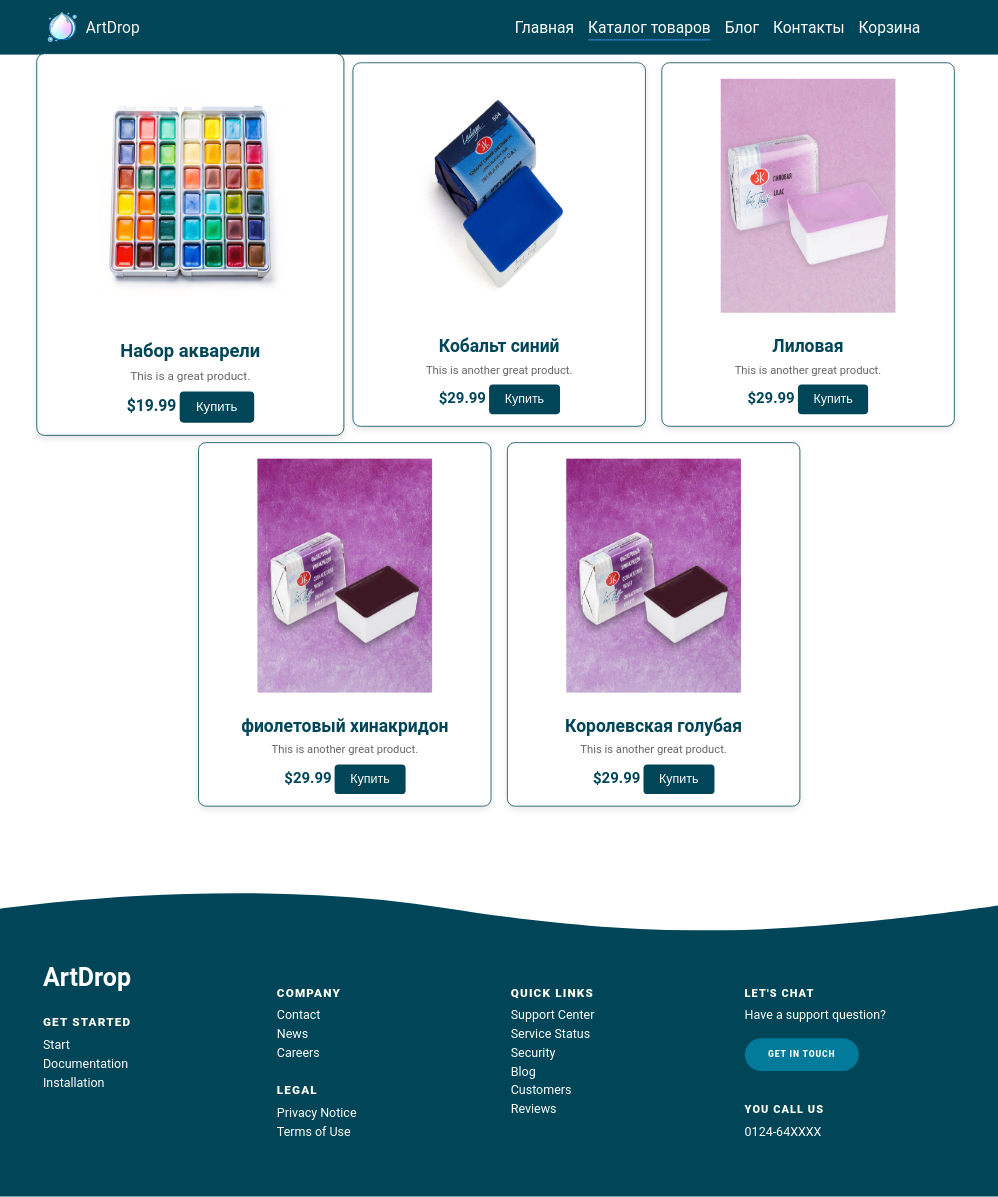
Repository: mnats725/art-drop
Page: catalog.html
An editor plug-in stored every save of this project. The page is shown before and after a run of saves, followed by the edit.
The browser window is 1280 px wide. The pictures show the whole page, at 78% of full size.
The pointer rests on the first visible `.product-card`.

Above is the page before, as saved 2024-05-21 13:27:47.
Console error: TypeError: Cannot read properties of null (reading 'querySelectorAll')

### catalog.html
<!DOCTYPE html>
<html lang="en">
<head>
    <meta charset="UTF-8">
    <meta http-equiv="X-UA-Compatible" content="IE=edge">
    <meta name="viewport" content="width=device-width, initial-scale=1.0">
    <title>ArtDrop</title>
    <link rel="stylesheet" href="../css/style.css">
    <link rel="stylesheet" href="./css/catalog.css">
    <link href="https://fonts.googleapis.com/css2?family=Montserrat:wght@400;700&display=swap" rel="stylesheet">
</head>
<body>
    <div class="wrapper">
        <header class="header">
            <!-- Шапка -->
            <div class="logo">
                <a href="index.html">
                    <img src="./assets/img/logo.svg" alt="ArtDrop Logo">
                    <span>ArtDrop</span>
                </a>
            </div>
            <!-- Меню сайта -->
            <nav class="nav">
              <ul>
                  <li><a href="index.html">Главная</a></li>
                  <li class="active"><a href="catalog.html">Каталог товаров</a></li>
                  <li><a href="blog.html">Блог</a></li>
                  <li><a href="contacts.html">Контакты</a></li>
                  <li><a href="cart.html">Корзина</a></li>
              </ul>
          </nav>


            <!-- Иконка бургерменю -->
            <div class="burger">
                <span></span>
            </div>
        </header>
    </div>

    <div class="catalog-content">
      <div class="product-card">
          <img src="./assets/img/catalog/1.jpg" alt="Набор акварел" class="product-image">
          <div class="product-info">
              <h3 class="product-title">Набор акварели</h3>
              <p class="product-description">This is a great product.</p>
              <span class="product-price">$19.99</span>
              <button class="buy-button">Купить</button>
          </div>
      </div>
      <div class="product-card">
          <img src="./assets/img/catalog/2.jpg" alt="Кобальт синий<" class="product-image">
          <div class="product-info">
              <h3 class="product-title">Кобальт синий</h3>
              <p class="product-description">This is another great product.</p>
              <span class="product-price">$29.99</span>
              <button class="buy-button">Купить</button>
          </div>
      </div>
      <div class="product-card">
        <img src="./assets/img/catalog/3.jpg" alt="Лиловая" class="product-image">
        <div class="product-info">
            <h3 class="product-title">Лиловая</h3>
            <p class="product-description">This is another great product.</p>
            <span class="product-price">$29.99</span>
            <button class="buy-button">Купить</button>
        </div>
    </div>
    <div class="product-card">
      <img src="./assets/img/catalog/4.jpg" alt="фиолетовый хинакридон<" class="product-image">
      <div class="product-info">
          <h3 class="product-title">фиолетовый хинакридон</h3>
          <p class="product-description">This is another great product.</p>
          <span class="product-price">$29.99</span>
          <button class="buy-button">Купить</button>
      </div>
  </div>
  <div class="product-card">
    <img src="./assets/img/catalog/4.jpg" alt="фиолетовый хинакридон<" class="product-image">
    <div class="product-info">
        <h3 class="product-title">Королевская голубая</h3>
        <p class="product-description">This is another great product.</p>
        <span class="product-price">$29.99</span>
        <button class="buy-button">Купить</button>
    </div>
</div>
      <!-- Добавьте больше карточек по мере необходимости -->
  </div>

    <div class="pg-footer">
        <footer class="footer">
          <svg class="footer-wave-svg" xmlns="http://www.w3.org/2000/svg" viewBox="0 0 1200 100" preserveAspectRatio="none">
            <path class="footer-wave-path" d="M851.8,100c125,0,288.3-45,348.2-64V0H0v44c3.7-1,7.3-1.9,11-2.9C80.7,22,151.7,10.8,223.5,6.3C276.7,2.9,330,4,383,9.8 c52.2,5.7,103.3,16.2,153.4,32.8C623.9,71.3,726.8,100,851.8,100z"></path>
          </svg>
          <div class="footer-content">
            <div class="footer-content-column">
              <div class="footer-logo">
                <a class="footer-logo-link" href="#">
                  <span class="hidden-link-text">ArtDrop</span>
                  <h1>ArtDrop</h1>
                </a>
              </div>
              <div class="footer-menu">
                <h2 class="footer-menu-name"> Get Started</h2>
                <ul id="menu-get-started" class="footer-menu-list">
                  <li class="menu-item menu-item-type-post_type menu-item-object-product">
                    <a href="#">Start</a>
                  </li>
                  <li class="menu-item menu-item-type-post_type menu-item-object-product">
                    <a href="#">Documentation</a>
                  </li>
                  <li class="menu-item menu-item-type-post_type menu-item-object-product">
                    <a href="#">Installation</a>
                  </li>
                </ul>
              </div>
            </div>
            <div class="footer-content-column">
              <div class="footer-menu">
                <h2 class="footer-menu-name"> Company</h2>
                <ul id="menu-company" class="footer-menu-list">
                  <li class="menu-item menu-item-type-post_type menu-item-object-page">
                    <a href="#">Contact</a>
                  </li>
                  <li class="menu-item menu-item-type-taxonomy menu-item-object-category">
                    <a href="#">News</a>
                  </li>
                  <li class="menu-item menu-item-type-post_type menu-item-object-page">
                    <a href="#">Careers</a>
                  </li>
                </ul>
              </div>
              <div class="footer-menu">
                <h2 class="footer-menu-name"> Legal</h2>
                <ul id="menu-legal" class="footer-menu-list">
                  <li class="menu-item menu-item-type-post_type menu-item-object-page menu-item-privacy-policy menu-item-170434">
                    <a href="#">Privacy Notice</a>
                  </li>
                  <li class="menu-item menu-item-type-post_type menu-item-object-page">
                    <a href="#">Terms of Use</a>
                  </li>
                </ul>
              </div>
            </div>
            <div class="footer-content-column">
              <div class="footer-menu">
                <h2 class="footer-menu-name"> Quick Links</h2>
                <ul id="menu-quick-links" class="footer-menu-list">
                  <li class="menu-item menu-item-type-custom menu-item-object-custom">
                    <a target="_blank" rel="noopener noreferrer" href="#">Support Center</a>
                  </li>
                  <li class="menu-item menu-item-type-custom menu-item-object-custom">
                    <a target="_blank" rel="noopener noreferrer" href="#">Service Status</a>
                  </li>
                  <li class="menu-item menu-item-type-post_type menu-item-object-page">
                    <a href="#">Security</a>
                  </li>
                  <li class="menu-item menu-item-type-post_type menu-item-object-page">
                    <a href="#">Blog</a>
                  </li>
                  <li class="menu-item menu-item-type-post_type_archive menu-item-object-customer">
                    <a href="#">Customers</a></li>
                  <li class="menu-item menu-item-type-post_type menu-item-object-page">
                    <a href="#">Reviews</a>
                  </li>
                </ul>
              </div>
            </div>
            <div class="footer-content-column">
              <div class="footer-call-to-action">
                <h2 class="footer-call-to-action-title"> Let's Chat</h2>
                <p class="footer-call-to-action-description"> Have a support question?</p>
                <a class="footer-call-to-action-button button" href="#" target="_self"> Get in Touch </a>
              </div>
              <div class="footer-call-to-action">
                <h2 class="footer-call-to-action-title"> You Call Us</h2>
                <p class="footer-call-to-action-link-wrapper"> <a class="footer-call-to-action-link" href="tel:0124-64XXXX" target="_self"> 0124-64XXXX </a></p>
              </div>
            </div>
        </footer>
      </div>
    <script>
        document.querySelector('.burger').addEventListener('click', function() {
            this.classList.toggle('active');
            document.querySelector('.nav').classList.toggle('open');
        })
        document.addEventListener("DOMContentLoaded", function () {
        let carousel = document.querySelector(".carousel");
       let items = carousel.querySelectorAll(".item");
        let dotsContainer = document.querySelector(".dots");

       // Insert dots into the DOM
       items.forEach((_, index) => {
      let dot = document.createElement("span");
      dot.classList.add("dot");
      if (index === 0) dot.classList.add("active");
      dot.dataset.index = index;
    dotsContainer.appendChild(dot);
  });

  let dots = document.querySelectorAll(".dot");

  // Function to show a specific item
  function showItem(index) {
    items.forEach((item, idx) => {
      item.classList.remove("active");
      dots[idx].classList.remove("active");
      if (idx === index) {
        item.classList.add("active");
        dots[idx].classList.add("active");
      }
    });
  }

  // Event listeners for buttons
  document.querySelector(".prev").addEventListener("click", () => {
    let index = [...items].findIndex((item) =>
      item.classList.contains("active")
    );
    showItem((index - 1 + items.length) % items.length);
  });

  document.querySelector(".next").addEventListener("click", () => {
    let index = [...items].findIndex((item) =>
      item.classList.contains("active")
    );
    showItem((index + 1) % items.length);
  });

  // Event listeners for dots
  dots.forEach((dot) => {
    dot.addEventListener("click", () => {
      let index = parseInt(dot.dataset.index);
      showItem(index);
    });
  });
});

    </script>
</body>
</html>

### css/style.css
html, body {
    height: 100%;
    width: 100%;
    margin: 0;
    padding: 0;
}

body {
    display: flex;
    flex-direction: column;
    font-family: 'Roboto', sans-serif;
}

*{
    padding: 0;
    margin: 0;
    box-sizing: border-box;
}

.wrapper{
    flex-grow: 1;
}

.open{
    display: flex !important;
}

.header {
    display: flex;
    align-items: center;
    justify-content: space-between;
    min-height: 70px;
    background-color: #004658;
    color: #FAF6F2;
    padding: 0 60px;
    font-size: 20px;
}

.logo a {
    display: flex;
    align-items: center;
    text-decoration: none; /* Убираем подчеркивание ссылки */
    color: inherit; /* Наследуем цвет текста от родительского элемента */
}

.logo img {
    width: 40px; /* Укажите желаемую ширину для логотипа */
    height: auto;
    margin-right: 10px; /* Добавим небольшое расстояние между логотипом и текстом */
}

.nav {
    display: flex;
    width: 600px;
    padding: 0 40px;
}

.nav ul {
    width: 100%;
    list-style: none;
    display: flex;
    justify-content: space-between;
}

.nav ul li {
    position: relative; /* Добавим позиционирование для создания эффекта */
    cursor: pointer; /* Указатель при наведении для обозначения активного элемента */
    transition: color 0.3s ease; /* Анимация при наведении */
}

.nav ul li::after {
    content: '';
    position: absolute;
    bottom: -5px;
    left: 0;
    width: 0; /* Начальное значение нулевой ширины */
    height: 2px;
    background-color: #2271B3; /* Цвет линии */
    transition: width 0.3s ease; /* Анимация изменения ширины */
}

.nav ul li:hover::after {
    width: 100%; /* Увеличиваем ширину линии при наведении */
}

.nav ul li:hover,
.nav ul li.active { /* Изменение цвета текста при наведении и активном состоянии */
    color: #2271B3; /* Цвет текста при наведении и активном состоянии */
}

.nav ul li.active::after {
    content: '';
    position: absolute;
    bottom: -5px;
    left: 0;
    width: 100%;
    height: 2px;
    background-color: #2271B3; /* Цвет подчеркивания активного элемента */
}

* {
    margin: 0;
    padding: 0;
  }
  a {
    color: #fff;
    text-decoration: none;
  }



  .footer {
    margin-top: 100px;
      background-color: #004658;
      color: #fff;

  }
  .footer-wave-svg {
      background-color: transparent;
      display: block;
      height: 30px;
      position: relative;
      top: -1px;
      width: 100%;
  }
  .footer-wave-path {
      fill: white;
  }

  .footer-content {
      margin-left: auto;
      margin-right: auto;
      max-width: 1230px;

      padding: 40px 15px 815px;
      position: relative;
  }

  .footer-content-column {
      box-sizing: border-box;
      float: left;
      padding-left: 15px;
      padding-right: 15px;
      width: 100%;
      color: #fff;
  }

  .footer-content-column ul li a {
    color: #fff;
    text-decoration: none;
  }

  .footer-logo-link {
      display: inline-block;
  }
  .footer-menu {
      margin-top: 30px;
  }

  .footer-menu-name {
      color: #fffff2;
      font-size: 15px;
      font-weight: 900;
      letter-spacing: .1em;
      line-height: 18px;
      margin-bottom: 0;
      margin-top: 0;
      text-transform: uppercase;
  }
  .footer-menu-list {
      list-style: none;
      margin-bottom: 0;
      margin-top: 10px;
      padding-left: 0;
  }
  .footer-menu-list li {
      margin-top: 5px;
  }

  .footer-call-to-action-description {
      color: #fffff2;
      margin-top: 10px;
      margin-bottom: 20px;
  }
  .footer-call-to-action-button:hover {
      background-color: #fffff2;
      color: #00bef0;
  }
  .button:last-of-type {
      margin-right: 0;
  }
  .footer-call-to-action-button {
      background-color: #027b9a;
      border-radius: 21px;
      color: #fffff2;
      display: inline-block;
      font-size: 11px;
      font-weight: 900;
      letter-spacing: .1em;
      line-height: 18px;
      padding: 12px 30px;
      margin: 0 10px 10px 0;
      text-decoration: none;
      text-transform: uppercase;
      transition: background-color .2s;
      cursor: pointer;
      position: relative;
  }
  .footer-call-to-action {
      margin-top: 30px;
  }
  .footer-call-to-action-title {
      color: #fffff2;
      font-size: 14px;
      font-weight: 900;
      letter-spacing: .1em;
      line-height: 18px;
      margin-bottom: 0;
      margin-top: 0;
      text-transform: uppercase;
  }
  .footer-call-to-action-link-wrapper {
      margin-bottom: 0;
      margin-top: 10px;
      color: #fff;
      text-decoration: none;
  }
  .footer-call-to-action-link-wrapper a {
      color: #fff;
      text-decoration: none;
  }





  .footer-social-links {
      bottom: 0;
      height: 54px;
      position: absolute;
      right: 0;
      width: 236px;
  }

  .footer-social-amoeba-svg {
      height: 54px;
      left: 0;
      display: block;
      position: absolute;
      top: 0;
      width: 236px;
  }

  .footer-social-amoeba-path {
      fill: #027b9a;
  }

  .footer-social-link.linkedin {
      height: 26px;
      left: 3px;
      top: 11px;
      width: 26px;
  }

  .footer-social-link {
      display: block;
      padding: 10px;
      position: absolute;
  }

  .hidden-link-text {
      position: absolute;
      clip: rect(1px 1px 1px 1px);
      clip: rect(1px,1px,1px,1px);
      -webkit-clip-path: inset(0px 0px 99.9% 99.9%);
      clip-path: inset(0px 0px 99.9% 99.9%);
      overflow: hidden;
      height: 1px;
      width: 1px;
      padding: 0;
      border: 0;
      top: 50%;
  }

  .footer-social-icon-svg {
      display: block;
  }

  .footer-social-icon-path {
      fill: #fffff2;
      transition: fill .2s;
  }

  .footer-social-link.twitter {
      height: 28px;
      left: 62px;
      top: 3px;
      width: 28px;
  }

  .footer-social-link.youtube {
      height: 24px;
      left: 123px;
      top: 12px;
      width: 24px;
  }

  .footer-social-link.github {
      height: 34px;
      left: 172px;
      top: 7px;
      width: 34px;
  }


  /* Media Query For different screens */
  @media (min-width:320px) and (max-width:479px)  { /* smartphones, portrait iPhone, portrait 480x320 phones (Android) */
    .footer-content {
      margin-left: auto;
      margin-right: auto;
      max-width: 1230px;
      padding: 40px 15px 1050px;
      position: relative;
    }
  }
  @media (min-width:480px) and (max-width:599px)  { /* smartphones, Android phones, landscape iPhone */
    .footer-content {
      margin-left: auto;
      margin-right: auto;
      max-width: 1230px;
      padding: 40px 15px 1050px;
      position: relative;
    }
  }
  @media (min-width:600px) and (max-width: 800px)  { /* portrait tablets, portrait iPad, e-readers (Nook/Kindle), landscape 800x480 phones (Android) */
    .footer-content {
      margin-left: auto;
      margin-right: auto;
      max-width: 1230px;
      padding: 40px 15px 1050px;
      position: relative;
    }
  }
  @media (min-width:801px)  { /* tablet, landscape iPad, lo-res laptops ands desktops */

  }
  @media (min-width:1025px) { /* big landscape tablets, laptops, and desktops */

  }
  @media (min-width:1281px) { /* hi-res laptops and desktops */

  }




  @media (min-width: 760px) {
    .footer-content {
        margin-left: auto;
        margin-right: auto;
        max-width: 1230px;
        padding: 40px 15px 300px;
        position: relative;
    }

    .footer-wave-svg {
        height: 50px;
    }

    .footer-content-column {
        width: 24.99%;
    }
  }
  @media (min-width: 568px) {
    /* .footer-content-column {
        width: 49.99%;
    } */
  }


.burger{
    display: none;
    position: relative;
    z-index: 50;
    align-items: center;
    justify-content: flex-end;
    width: 30px;
    height: 18px;
}

.burger span{
    height: 2px;
    width: 80%;
    transform: scale(1);
    background-color: #FAF6F2;
}

.burger::before, .burger::after{
    content: '';
    position: absolute;
    height: 2px;
    width: 100%;
    background-color: #FAF6F2;
    transition: all 0.3s ease 0s;
}

.burger::before { top: 0 }

.burger::after { bottom: 0 }


/* Добавляем класс active для анимации иконки бургера */
.burger.active span { transform: scale(0) }

.burger.active::before{
    top: 50%;
    transform: rotate(-45deg) translate(0, -50%);
}

.burger.active::after{
    bottom: 50%;
    transform: rotate(45deg) translate(0, 50%);
}


/* При разрешении экрана 900px и ниже, выводим на экран иконку бургера */
@media (max-width: 900px) {

    .burger { display: flex }

    .nav{
        display: none;
        flex-direction: column;
        position: fixed;
        height: 100%;
        width: 100%;
        top: 0; bottom: 0; left: 0; right: 0;
        z-index: 50;
        overflow-y: auto;
        padding: 50px 40px;
        background-color: #388ae7;
        animation: burgerAnimation 0.4s;
    }

    .nav ul{
        flex-direction: column;
        row-gap: 30px;
    }


}

@keyframes burgerAnimation {
    from {opacity: 0}
    to {opacity: 1}
}

### css/catalog.css
.catalog-content {
  display: flex;
  flex-wrap: wrap;
  gap: 20px;
  justify-content: center;
  padding: 10px;
}

.product-card {
  background-color: #ffffff;
  border: 1px solid #004658;
  border-radius: 10px;
  box-shadow: 0 4px 8px rgba(0, 0, 0, 0.1);
  overflow: hidden;
  width: calc(33% - 40px); /* Ширина карточек с учетом отступов */
  text-align: center;
  transition: transform 0.3s ease;
  box-sizing: border-box; /* Учитывает padding и border в общей ширине */
}

.product-card:hover {
  transform: scale(1.05);
}

.product-image {
  margin-top: 20PX;
  width: 60%;
  height: 300px;
}

.product-info {
  padding: 15px;
}

.product-title {
  font-size: 1.4em;
  color: #004658;
  margin: 10px 0;
}

.product-description {
  font-size: 0.9em;
  color: #666;
  margin: 10px 0;
}

.product-price {
  font-size: 1.2em;
  color: #004658;
  font-weight: bold;
}

.buy-button {
  background-color: #004658;
  color: #ffffff;
  border: none;
  padding: 10px 20px;
  border-radius: 5px;
  cursor: pointer;
  font-size: 1em;
  transition: background-color 0.3s ease;
}

.buy-button:hover {
  background-color: #003244;
}

/* Адаптивность */
@media (max-width: 1200px) {
  .product-card {
      width: calc(50% - 30px); /* Ширина карточек при средней ширине экрана */
  }
}

@media (max-width: 768px) {
  .product-card {
      width: calc(100% - 20px); /* Ширина карточек при узкой ширине экрана */
  }
}

After the next 2 saves:
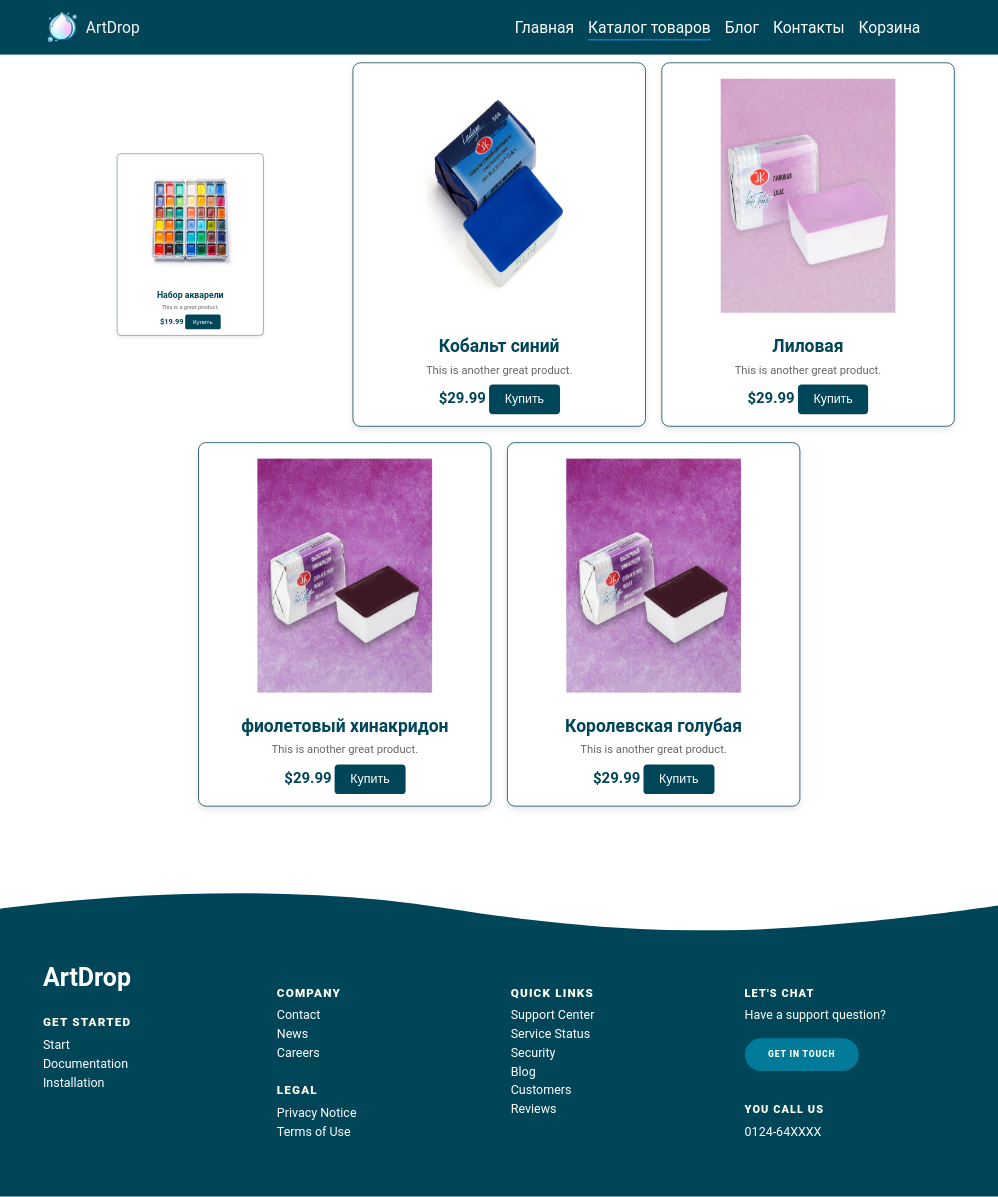
The 2 saves are shown as one change because they came seconds apart.
The last was saved 18 s later.
--- a/css/catalog.css
+++ b/css/catalog.css
@@ -19,7 +19,7 @@
 }
 
 .product-card:hover {
-  transform: scale(1.05);
+  transform: scale(0.5);
 }
 
 .product-image {
